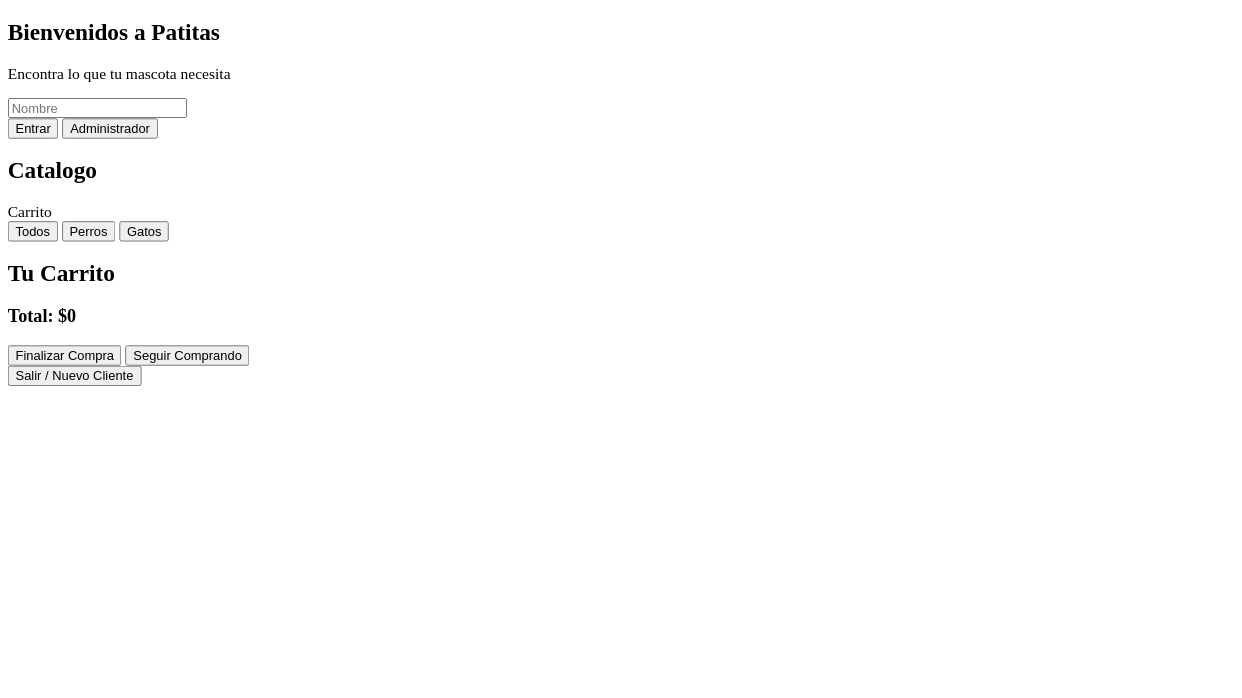
Repository: frank980-0/TP_Integrador_Progra_3
Page: public/index.html
These files come from the project's save history. The page is drawn as it stood at one moment and after the next save; the edit follows.
The browser window is 1280 px wide. The pictures show the whole page, at 97% of full size.

Above is the page before, as saved 2026-05-29 23:48:01.
Console error (its wording comes from the project's code and is left out).

### public/index.html
<!doctype html>
<html lang="es">
  <head>
    <meta charset="UTF-8" />
    <meta name="viewport" content="width=device-width, initial-scale=1.0" />
    <title>Patitas</title>
  </head>
  <body>
    <section id="pantalla_inicio">
      <h1>Bienvenidos a Patitas</h1>
      <p>Encontra lo que tu mascota necesita</p>
      <input type="text" id="input-nombre" placeholder="Nombre" required />
      <div class="botones_inicio">
        <button onclick="iniciarCompra()">Entrar</button>
        <button onclick="iniciarAdmin()">Administrador</button>
      </div>
    </section>

    <section id="pantalla_productos" class="ocultar">
      <h2>Catalogo</h2>
      <div>Carrito</div>
      <nav>
        <button id="btn-filtro-todos">Todos</button>
        <button id="btn-filtro-perros">Perros</button>
        <button id="btn-filtro-gatos">Gatos</button>
      </nav>
      <div id="lista_productos"></div>
    </section>

    <section id="pantalla-carrito" class="oculta">
      <h2>Tu Carrito</h2>
      <div id="lista-carrito-detalle"></div>
      <h3>Total: $<span id="total-carrito">0</span></h3>
      <button onclick="finalizarCompra()">Finalizar Compra</button>
      <button onclick="volverAProductos()">Seguir Comprando</button>
    </section>

    <section id="pantalla_ticket">
      <div id="ticket-contenido">
        <!-- Se llena dinámicamente -->
      </div>
      <button onclick="reiniciarSistema()">Salir / Nuevo Cliente</button>
    </section>

    <script type="module" src="./js/main.js"></script>
  </body>
</html>

### public/js/main.js
import {  } from './pantallaInicio.js';
import { renderizarProductos, productosDb } from './pantallaProductos.js';
import {  } from './pantallaCarrito.js';
import {  } from './pantallaTicket.js';


// --- ESTADO GLOBAL ---
let estado = {
  nombreCliente: '',
  carrito: [], // Array de objetos: { id, nombre, variante, precio, cantidad }
  productos: productosDb // Aquí cargarás tus datos (mock o API)
};


//--- PANTALLA DE INICIO ---
//iniciarCompra();


// --- PANTALLA PRODUCTOS ---

renderizarProductos(estado.productos);



// --- PANTALLA CARRITO ---
//cargarProductos();


// --- PANTALLA TICKET ---
//generarTicket();











// --- 5. REINICIO ---
function reiniciarSistema() {
  estado.nombreCliente = '';
  estado.carrito = [];
  actualizarContador();
  document.getElementById('input-nombre').value = '';
  mostrarPantalla('pantalla-bienvenida');
}

// --- UTILIDAD: NAVEGACIÓN ---
function mostrarPantalla(idPantalla) {
  // Ocultar todas
  document.querySelectorAll('section').forEach(sec => sec.classList.add('oculta'));
  // Mostrar la deseada
  document.getElementById(idPantalla).classList.remove('oculta');
}

function volverAProductos() {
  mostrarPantalla('pantalla-productos');
}

### public/js/pantallaInicio.js

// --- 1. BIENVENIDA ---
function iniciarCompra() {
  const nombre = document.getElementById('input-nombre').value;
  if (!nombre.trim()) return alert("Por favor ingresa tu nombre");

  estado.nombreCliente = nombre;
  mostrarPantalla('pantalla-productos');
  renderizarProductos(estado.productos); // Carga los productos
}

### public/js/pantallaProductos.js
// 1. IMPORTACIONES (Si tenés tus productos en otro archivo)
// import { productosDb } from './pantallaProductos.js';

// Si no los tenés separados aún, usamos esta base de prueba:
export const productosDb = [
  { id: 1, nombre: 'Collar ajustable talle M', tipo: 'perro', precio: 5000 },
  { id: 2, nombre: 'Hueso de goma resistente', tipo: 'perro', precio: 2500 },
  { id: 3, nombre: 'Ratón de tela con sonido', tipo: 'gato', precio: 1500 },
  { id: 4, nombre: 'Torre rascador de 3 pisos', tipo: 'gato', precio: 18000 },
  { id: 5, nombre: 'Cepillo deslanador', tipo: 'ambos', precio: 4000 }
];

// 2. CAPTURAMOS LOS ELEMENTOS DEL DOM
const contenedorProductos = document.getElementById('lista_productos');
const btnTodos = document.getElementById('btn-filtro-todos');
const btnPerros = document.getElementById('btn-filtro-perros');
const btnGatos = document.getElementById('btn-filtro-gatos');

// 3. FUNCIÓN PARA DIBUJAR LOS PRODUCTOS
function renderizarProductos(arrayProductos) {
  // Primero vaciamos el contenedor
  contenedorProductos.innerHTML = '';

  // Recorremos el array y creamos las tarjetitas
  arrayProductos.forEach(prod => {
    const card = document.createElement('div');
    card.className = 'producto-card'; // Podés darle estilos con CSS a esta clase
    card.innerHTML = `
      <h3>${prod.nombre}</h3>
      <p>Precio: $${prod.precio}</p>
      <button>Agregar al Carrito</button>
    `;
    contenedorProductos.appendChild(card);
  });
}

// 4. EVENT LISTENERS (La forma moderna y limpia)
btnTodos.addEventListener('click', () => {
  renderizarProductos(productosDb);
});

btnPerros.addEventListener('click', () => {
  // Filtramos solo los que son para perro o sirven para ambos
  const filtrados = productosDb.filter(prod => prod.tipo === 'perro' || prod.tipo === 'ambos');
  renderizarProductos(filtrados);
});

btnGatos.addEventListener('click', () => {
  // Filtramos solo los que son para gato o sirven para ambos
  const filtrados = productosDb.filter(prod => prod.tipo === 'gato' || prod.tipo === 'ambos');
  renderizarProductos(filtrados);
});

// 5. INICIALIZACIÓN
// Cuando cargue la página, mostramos todos por defecto
renderizarProductos(productosDb);

### public/js/pantallaCarrito.js

// --- 3. GESTIÓN DEL CARRITO ---
function agregarAlCarrito(id, nombre, variante, precio) {
  // Buscar si ya existe ese item exacto en el carrito
  const itemExistente = estado.carrito.find(item => item.id === id && item.variante === variante);

  if (itemExistente) {
    itemExistente.cantidad++; // Sumar cantidad si ya existe
  } else {
    // Crear nuevo item
    estado.carrito.push({ id, nombre, variante, precio, cantidad: 1 });
  }

  actualizarContador();
  alert("Producto agregado");
}

function eliminarProductoDelCarrito(index) {
  estado.carrito.splice(index, 1); // Eliminar por índice
  renderizarCarrito();
  actualizarContador();
}

function cambiarCantidad(index, delta) {
  const item = estado.carrito[index];
  item.cantidad += delta;

  if (item.cantidad <= 0) {
    eliminarProductoDelCarrito(index);
  } else {
    renderizarCarrito();
  }
}

function actualizarContador() {
  const totalItems = estado.carrito.reduce((sum, item) => sum + item.cantidad, 0);
  document.getElementById('contador-carrito').innerText = totalItems;
}

// --- 4. VISTAS DEL CARRITO Y TICKET ---
function irAlCarrito() {
  renderizarCarrito();
  mostrarPantalla('pantalla-carrito');
}

function renderizarCarrito() {
  const contenedor = document.getElementById('lista-carrito-detalle');
  contenedor.innerHTML = '';
  let total = 0;

  estado.carrito.forEach((item, index) => {
    const subtotal = item.precio * item.cantidad;
    total += subtotal;

    contenedor.innerHTML += `
      <div class="item-carrito">
        <p>${item.nombre} (${item.variante})</p>
        <div>
          <button onclick="cambiarCantidad(${index}, -1)">-</button>
          <span>${item.cantidad}</span>
          <button onclick="cambiarCantidad(${index}, 1)">+</button>
        </div>
        <p>$${subtotal}</p>
        <button onclick="eliminarProductoDelCarrito(${index})" style="background:red">Eliminar</button>
      </div>
    `;
  });

  document.getElementById('total-carrito').innerText = total;
}

function finalizarCompra() {
  if (estado.carrito.length === 0) return alert("El carrito está vacío");

  generarTicket();
  mostrarPantalla('pantalla-ticket');
}

### public/js/pantallaTicket.js
function generarTicket() {
  const fecha = new Date().toLocaleString();
  const total = estado.carrito.reduce((sum, item) => sum + (item.precio * item.cantidad), 0);

  let htmlItems = estado.carrito.map(item =>
    `<li>${item.cantidad} x ${item.nombre} (${item.variante}) - $${item.precio * item.cantidad}</li>`
  ).join('');

  const contenido = `
    <h2>Ticket de Compra</h2>
    <p><strong>Cliente:</strong> ${estado.nombreCliente}</p>
    <p><strong>Empresa:</strong> Pet Shop System</p>
    <p><strong>Fecha:</strong> ${fecha}</p>
    <hr>
    <ul>${htmlItems}</ul>
    <hr>
    <h3>Total Pagado: $${total}</h3>
    <p>¡Gracias por su compra!</p>
  `;

  document.getElementById('ticket-contenido').innerHTML = contenido;
}

After the next save:
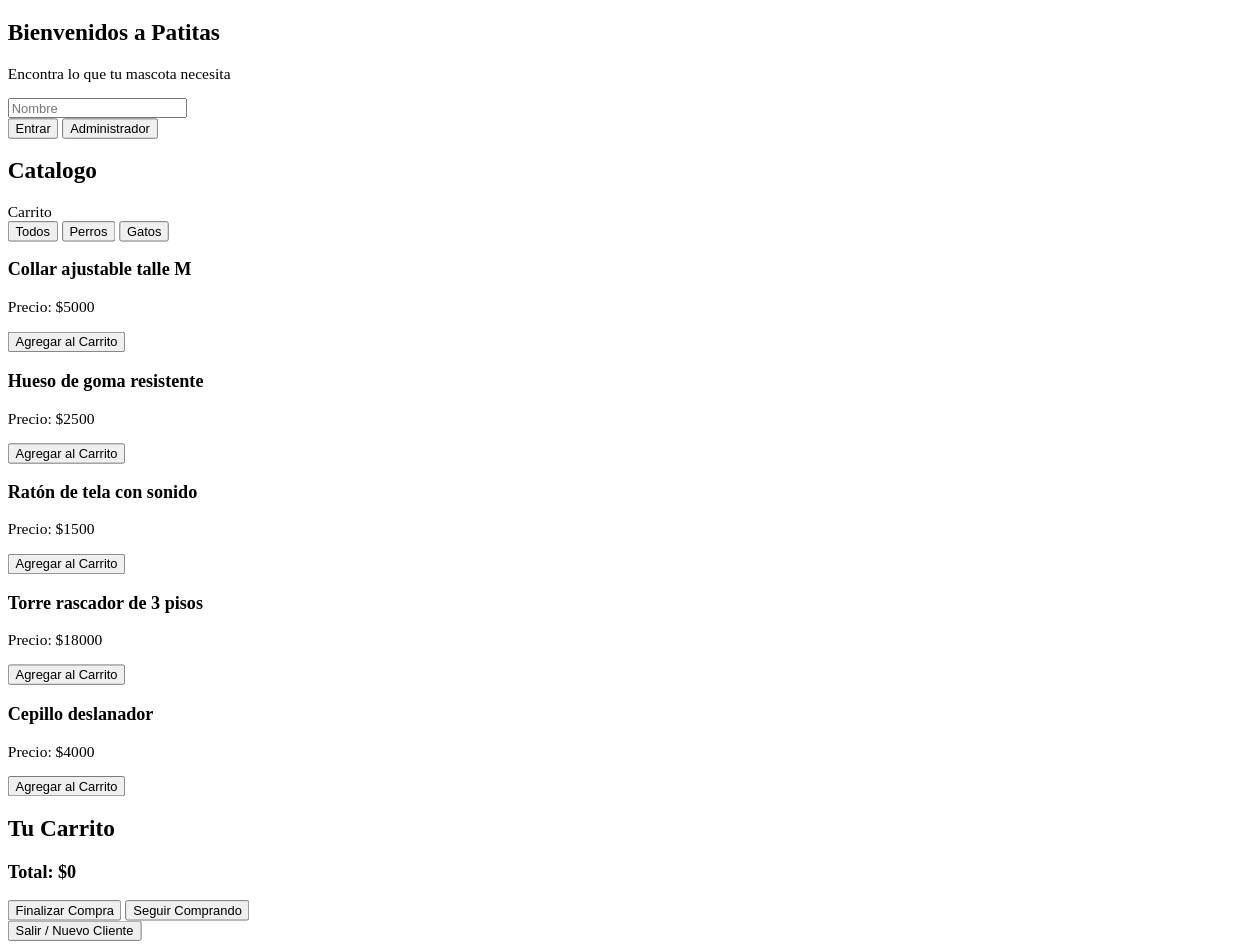
The error is gone.
Saved 21 s later.
--- a/public/js/pantallaProductos.js
+++ b/public/js/pantallaProductos.js
@@ -17,7 +17,7 @@
 const btnGatos = document.getElementById('btn-filtro-gatos');
 
 // 3. FUNCIÓN PARA DIBUJAR LOS PRODUCTOS
-function renderizarProductos(arrayProductos) {
+export function renderizarProductos(arrayProductos) {
   // Primero vaciamos el contenedor
   contenedorProductos.innerHTML = '';
 
